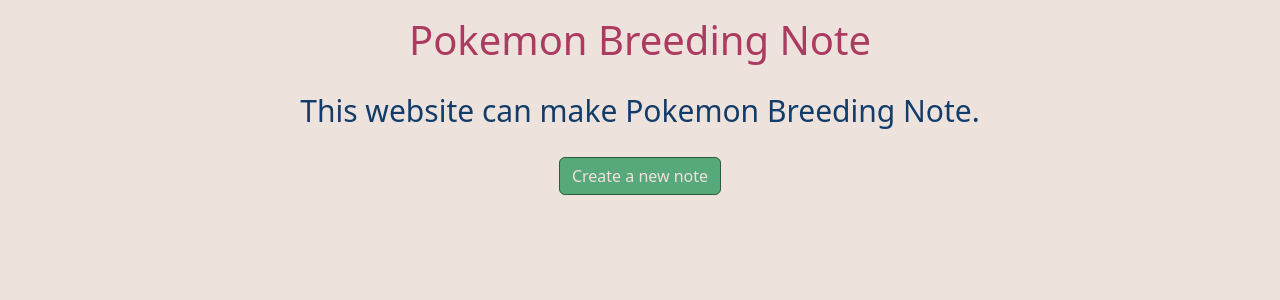
Repository: Losty522/PokemonBreedingNote
Page: /
An editor plug-in stored every save of this project. The page is shown before and after the next save, followed by the edit.
The browser window is 1280 px wide. The pictures show the whole page.
The project was rebuilt for these pictures with package versions that can differ from the ones it lists, and the page was loaded fresh each time. Also part of the build but not shown: vite.config.js, src/components/Create.css, src/components/form/Title.jsx, src/components/form/Natures.jsx, src/components/form/Abilities.jsx, src/components/form/Moves.jsx, src/components/form/HeldItem.jsx, src/components/form/TeraType.jsx and 7 more.

Above is the page before, as saved 2024-01-20 22:02:24.

### src/App.jsx
import { BrowserRouter as Router, Routes, Route } from "react-router-dom";
import Home from "./components/Home";
import Create from "./components/Create";
import SavedDataContextProvider from "./context/SavedDataContextProvider";
import { View } from "./components/View";
import PokeDetail from "./components/PokeDetail";
import PokeEdit from "./components/PokeEdit";

const App = () => {
  return (
    <>
      <SavedDataContextProvider>
        <Router>
          <Routes>
            <Route path="/" element={<Home />}>
              <Route index element={<View />} />
              <Route path="detail/:Id" element={<PokeDetail />} />
              <Route path="edit/:Id" element={<PokeEdit />} />
            </Route>

            <Route path="/create" element={<Create />} />
          </Routes>
        </Router>
      </SavedDataContextProvider>
    </>
  );
};

export default App;

### src/index.css
*{
  margin: 0;
  padding: 0;
}

body{
   /* background-color: #edc7B7; */
   background-color: #eee2dc;
  color: #123C69

}

.title{
  color: #Ac3b61;
}

### src/components/Home.jsx
import Button from "react-bootstrap/Button";
import { useNavigate } from "react-router-dom";
import { Outlet } from "react-router-dom";
import Row from "react-bootstrap/Row";
import Col from "react-bootstrap/Col";

const Home = () => {
  const greenButton = {
    backgroundColor: "#57a87b",
    borderColor: "#2a5a40",
    color: "#eee2dc",
  };

  const navigate = useNavigate();
  return (
    <>
      <Row className="align-items-center justify-content-center text-center mx-auto my-3">
        <Col xs="auto" className="mb-3">
          <h1 className="title">Pokemon Breeding Note</h1>
        </Col>

        <p style={{ fontSize: "30px" }}>
          This website can make Pokemon Breeding Note.
        </p>

        <Col xs="auto" className="mb-3 mt-2">
          <Button
            onClick={() => {
              window.scroll({
                top: 0,
                behavior: "instant",
              });
              navigate("/create");
            }}
            style={greenButton}
          >
            Create a new note
          </Button>
        </Col>

        <Outlet />
      </Row>
    </>
  );
};

export default Home;

### src/context/SavedDataContextProvider.jsx
import { useState } from "react";
import SavedDataContext from "./SavedDataContext";
const SavedDataContextProvider = ({ children }) => {
  const [savedData, setSavedData] = useState([]);
  return (
    <SavedDataContext.Provider value={{ savedData, setSavedData }}>
      {children}
    </SavedDataContext.Provider>
  );
};

export default SavedDataContextProvider;

### src/components/View.jsx
import SavedDataContext from "../context/SavedDataContext";
import Button from "react-bootstrap/Button";
import Card from "react-bootstrap/Card";
import { useContext } from "react";
import { useNavigate } from "react-router-dom";
import Row from "react-bootstrap/Row";
import Col from "react-bootstrap/Col";
import "./View.css";

export const View = () => {
  const redButton = {
    backgroundColor: "#Ac3b61",
    borderColor: "#Ac3b61",
    color: "#eee2dc",
  };
  const blueButton = {
    backgroundColor: "#5a5cd2",
    borderColor: "#31339e",
    color: "#eee2dc",
  };

  const handleDelete = (event) => {
    const tmpData = savedData.slice();
    tmpData.splice(Number(event.currentTarget.id), 1);
    setSavedData([...tmpData]);
  };

  const navigate = useNavigate();
  const { savedData, setSavedData } = useContext(SavedDataContext);

  // useEffect(() => {
  //   console.log(savedData);
  // }, [savedData]);

  return (
    <>
      <Row className="  mx-auto my-1">
        {savedData?.map((data, index) => (
          <Col key={index}>
            <Card className=" mb-2" style={{ width: "210px", margin: "auto" }}>
              <Card.Body className=" pokeCard ">
                <Card.Title
                  style={{
                    color: "#123C69",
                    fontSize: "18px",
                    height: "20px",
                  }}
                >
                  {data.pokeName}
                </Card.Title>
                <Card.Img
                  variant="top"
                  src={data.pokeUrl}
                  className="img-fluid card-image"
                  style={{ width: "130px", height: "auto" }}
                />

                <Card.Title
                  className="card-title"
                  style={{ fontSize: "16px", color: "#123C69" }}
                >
                  {data.title}
                </Card.Title>
                <Card.Text
                  className="card-description"
                  style={{ fontSize: "14px", color: "#123C69" }}
                >
                  {data.description}
                </Card.Text>
                <Card.Text> </Card.Text>
                <Row>
                  <Col>
                    <Button
                      style={blueButton}
                      onClick={() => {
                        window.scroll({
                          top: 0,
                          behavior: "instant",
                        });
                        navigate(`/detail/${index}`);
                      }}
                    >
                      View
                    </Button>
                  </Col>
                  <Col>
                    <Button
                      style={redButton}
                      id={index}
                      onClick={(event) => {
                        handleDelete(event);
                      }}
                    >
                      Delete
                    </Button>
                  </Col>
                </Row>
              </Card.Body>
            </Card>
          </Col>
        ))}
      </Row>
    </>
  );
};

### src/context/SavedDataContext.jsx
import { createContext } from "react";

const SavedDataContext = createContext();

export default SavedDataContext;

Loaded but not shown: index.html (common file); src/main.jsx (common file)

After the next save:
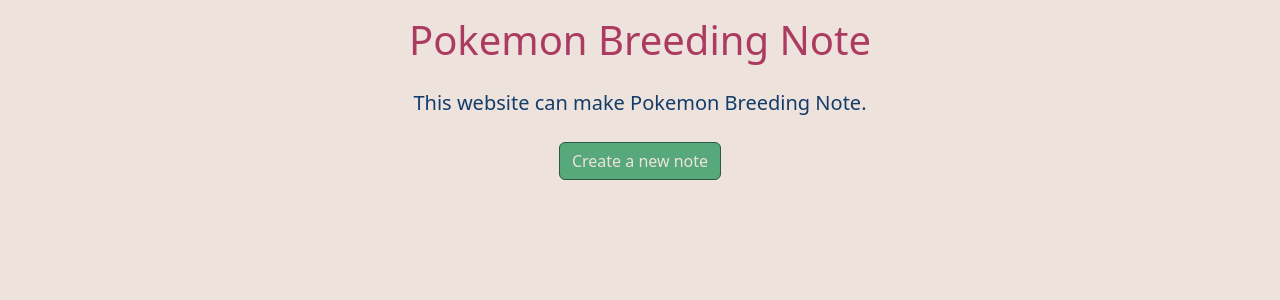
Saved 5 s later.
--- a/src/components/Home.jsx
+++ b/src/components/Home.jsx
@@ -19,7 +19,7 @@
           <h1 className="title">Pokemon Breeding Note</h1>
         </Col>
 
-        <p style={{ fontSize: "30px" }}>
+        <p style={{ fontSize: "20px" }}>
           This website can make Pokemon Breeding Note.
         </p>
 
